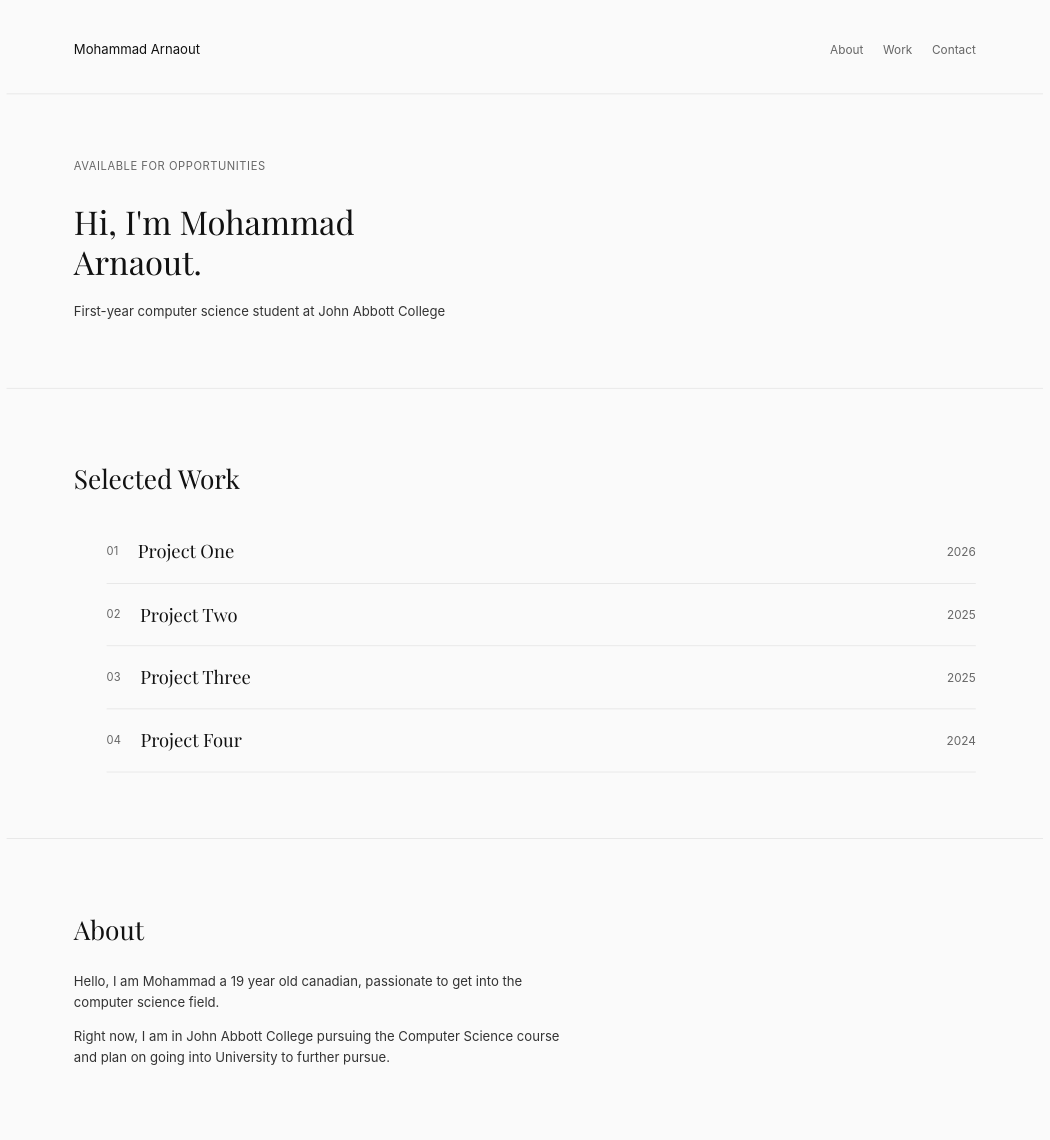
Repository: Moh-Arna/Moh-Arna
Page: index.html
An editor plug-in stored every save of this project. The page is shown before and after the next save, followed by the edit.
The browser window is 1280 px wide. The pictures show the whole page, at 82% of full size.
Some web fonts or font styles are not loaded; a fallback is used.

Above is the page before, as saved 2026-04-22 10:31:36.

After the next save:
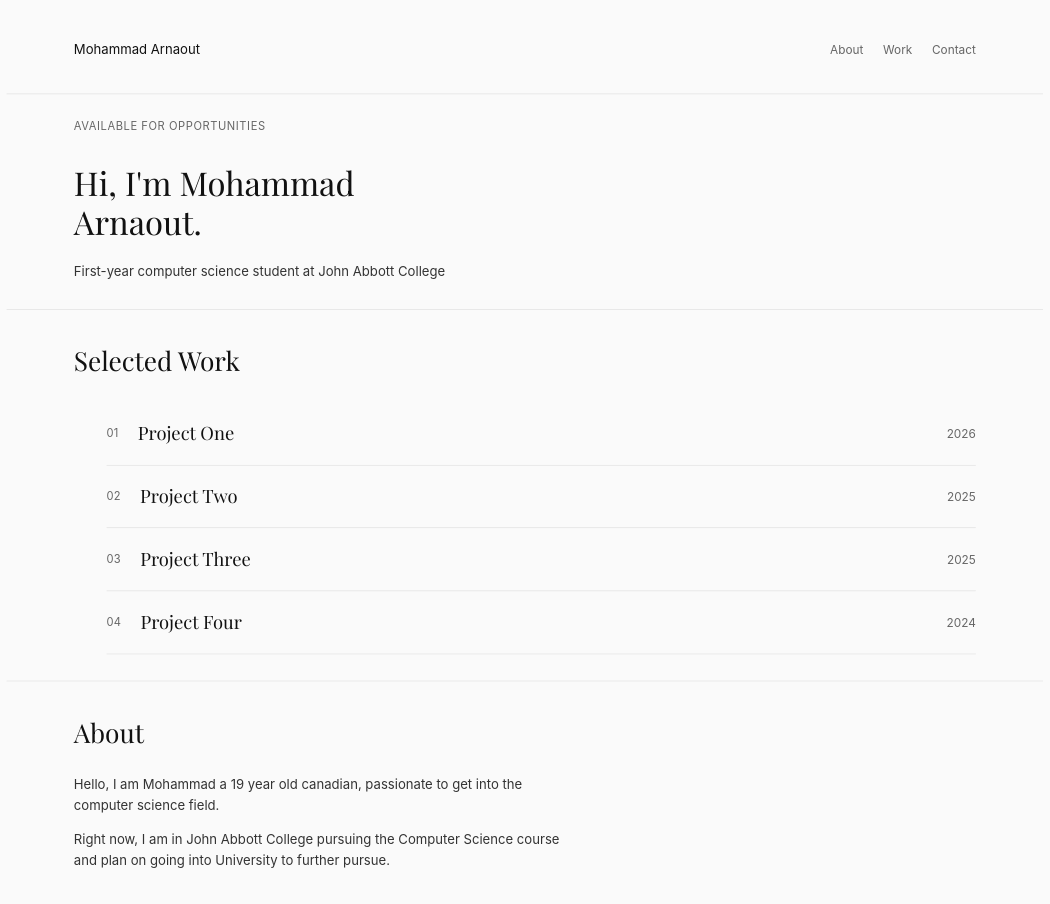
Saved 32 s later.
--- a/styles/index.css
+++ b/styles/index.css
@@ -25,7 +25,7 @@
 
 
 .hero {
-    padding: 4rem 0.5rem;
+    padding: 1rem 0.5rem;
 }
 
 .top-paragraph{
@@ -48,7 +48,7 @@
 }
 
 .work{
-    padding: 4rem 0;
+    padding: 1rem 0;
     border-top: 1px solid var(--border);
 }
 
@@ -90,7 +90,7 @@
 }
 
 .about{
-    padding: 4rem 0;
+    padding: 1rem 0;
     border-top: 1px solid var(--border);
 }
 
